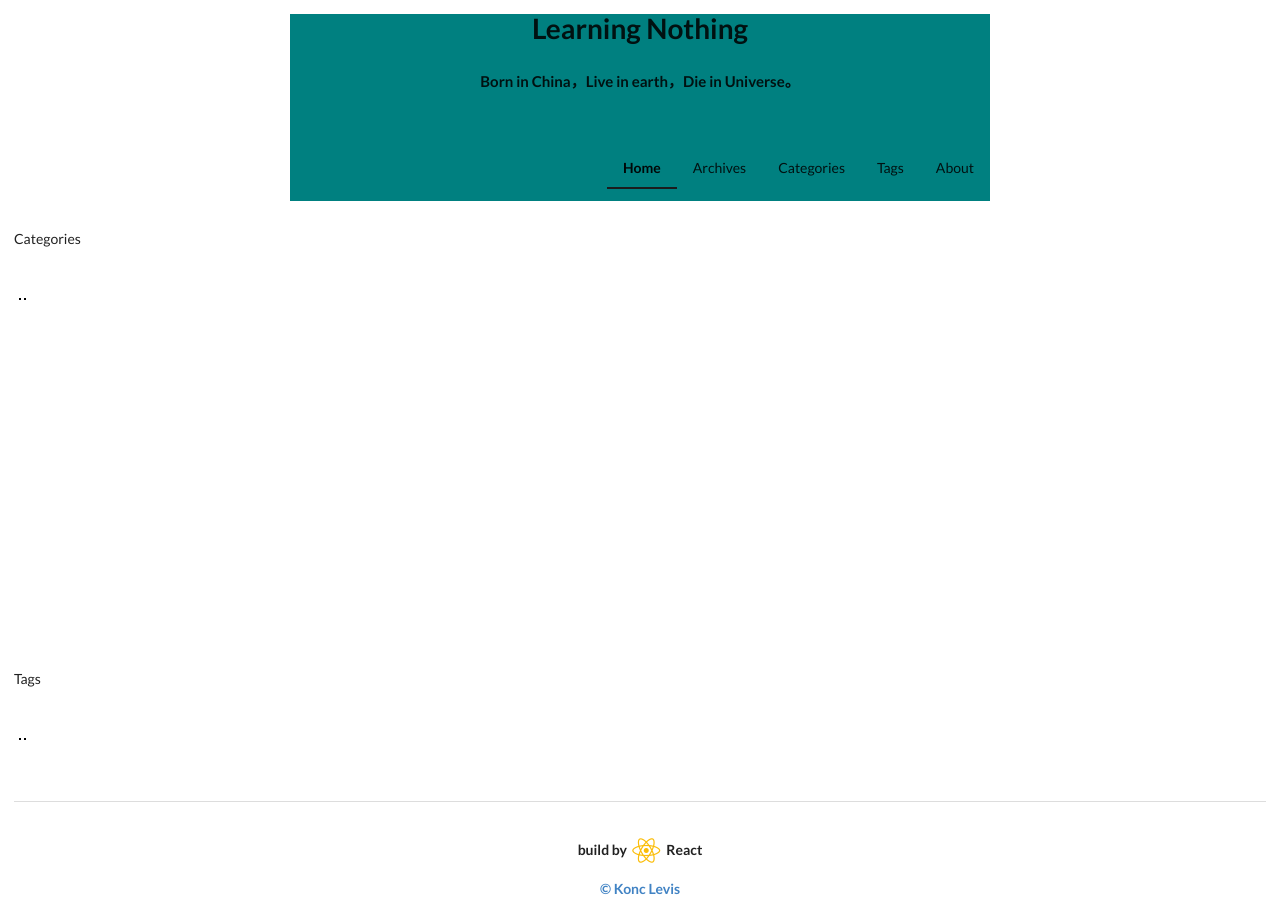
Repository: chu4j/my-spring-cloud-blog-frontend
Page: /
The author's editor kept a copy of each file at every save. The page is drawn from the files as they stood at one save, then again after the next save.
The browser window is 1280 px wide. The pictures show the whole page.
The page's requests for data from a server got no answer. The project was rebuilt for these pictures with package versions that can differ from the ones it lists, and the page was loaded fresh each time. No one was signed in, and anything a server would have sent is missing. Also part of the build but not shown: src/components/Categories.jsx, src/components/FocusContent.jsx, src/css/App.css, src/components/owner/LoginForm.jsx, src/components/Tags.jsx, src/components/Timeline.jsx, src/components/TimelineHome.jsx.

Above is the page before, as saved 2021-02-24 11:43:57.

### src/index.js
import React from 'react';
import ReactDOM from 'react-dom';
import { BrowserRouter } from 'react-router-dom';
import 'semantic-ui-css/semantic.min.css';
import './css/index.css';
import BlogRouter from './router/Router';
import  'github-markdown-css';
ReactDOM.render(<
    BrowserRouter forceRefresh={true} >
    <BlogRouter />
</BrowserRouter>,
    document.getElementById('root')
);

### src/css/index.css
body {
  margin: 1em;
  -webkit-font-smoothing: antialiased;
  -moz-osx-font-smoothing: grayscale;
}

code {
  font-family: source-code-pro, Menlo, Monaco, Consolas, "Courier New",
    monospace;
}

.post-container {
  padding: 2px;
  border-radius: 0.5em;
}

.post-title {
  color: #010101;
}

.post-title:hover {
  color: #010101;
  text-decoration: underline;
}

/*animate*/

.posts-appear {
  opacity: 0;
}

.posts-enter {
  opacity: 1;
  transform: scale(0.95);
}

.posts-enter-active {
  opacity: 1;
  transform: translateX(0);
  transition: opacity 300ms, transform 200ms;
}

.posts-exit {
  opacity: 1;
  transform: scale(0.9);
}

.posts-exit-active {
  opacity: 0;
  transform: translateX(0);
  transition: opacity 300ms, transform 200ms;
}

.post-container pre code {

}
.common-label {
  display: inline-block;
  margin: 5px;
  padding: 2px;
  color: #010101;
  border-bottom: 2px dotted #010101;
  border-radius: 0;
}
.common-label-container{
  min-height: 340px;
}

### src/router/Router.jsx
import { Route, Switch } from "react-router-dom";
import Categories from "../components/Categories";
import FocusPostComponent from "../components/FocusContent";
import Home from "../components/Home";
import LoginForm from "../components/owner/LoginForm";
import Tags from "../components/Tags";
import MyTimeline from "../components/Timeline";
import TimelineHome from "../components/TimelineHome";
export default function BlogRouter() {
  return (
    <Switch>
      <Route path="/" exact>
        <Home />
      </Route>
      <Route path="/owner/login" exact>
        <LoginForm />
      </Route>
      <Route path="/category/:name" exact>
        <Home />
      </Route>
      <Route path="/tag/:name" exact>
        <Home />
      </Route>
      <Route path="/posts/page/:pageNumber">
        <Home />
      </Route>
      <Route path="/category/:name/page/:pageNumber">
        <Home />
      </Route>
      <Route path="/tag/:name/page/:pageNumber">
        <Home />
      </Route>
      <Route path="/post/:postId" exact>
        <FocusPostComponent />
      </Route>
      <Route path="/categories" exact>
        <Categories />
      </Route>
      <Route path="/tags" exact>
        <Tags />
      </Route>
      <Route path="/posts/timeline" exact>
        <TimelineHome />
      </Route>
      <Route path="/posts/timeline/page/:pageNumber" exact>
        <TimelineHome />
      </Route>
    </Switch>
  );
}

### src/components/Home.jsx
import { React, useEffect, useState } from "react";
import { useParams, useRouteMatch } from "react-router-dom";
import "../css/App.css";
import { ServerHost } from "./AppConfig";
import BlogLayout from "./BlogLayout";
import CategoryComponent from "./CategoryComponent";
import ContentComponent from "./Content";
import TagComponent from "./TagComponent";
async function getArchive(path) {
  const axios = require("axios").default;
  if (null == path) {
    return axios.get(ServerHost + "/v1/api/archive").then((res) => res.data);
  } else {
    return axios.get(path).then((res) => res.data);
  }
}
function countPath(router, name, pageNumber) {
  let requestUrl = "";
  let pagePrefix = "";
  const path = router.path;
  switch (path) {
    case "/":
      requestUrl = ServerHost + "/v1/api/archive";
      pagePrefix = "/posts/page/";
      break;
    case "/category/:name":
      requestUrl = ServerHost + "/v1/api/category/" + name;
      pagePrefix = "/category/" + name + "/page/";
      break;
    case "/category/:name/page/:pageNumber":
      requestUrl =
        ServerHost + "/v1/api/category/" + name + "?page=" + pageNumber;
      pagePrefix = "/category/" + name + "/page/";
      break;
    case "/tag/:name":
      requestUrl = ServerHost + "/v1/api/tag/" + name;
      pagePrefix = "/tag/" + name + "/page/";
      break;
    case "/tag/:name/page/:pageNumber":
      requestUrl = ServerHost + "/v1/api/tag/" + name + "?page=" + pageNumber;
      pagePrefix = "/tag/" + name + "/page/";
      break;
    case "/posts/page/:pageNumber":
      requestUrl = ServerHost + "/v1/api/archive?page=" + pageNumber;
      pagePrefix = "/posts/page/";
      break;
    default:
      break;
  }
  return { requestUrl, pagePrefix };
}
export default function Home() {
  let { name, pageNumber } = useParams();
  const router = useRouteMatch();
  console.log("router:" + JSON.stringify(router) + " type:" + typeof router);
  const params = countPath(router, name, pageNumber);
  console.log("returnPath:" + params.requestUrl);
  let activePage = 1;
  if (null != pageNumber && undefined != pageNumber) activePage = pageNumber;
  const [response, setData] = useState({});
  useEffect(() => {
    getArchive(params.requestUrl).then((res) => {
      setData(res);
    });
  }, []);
  return (
    <BlogLayout
      CategoryComponent={<CategoryComponent />}
      TagComponent={<TagComponent />}
      ContentComponent={
        <ContentComponent
          response={response}
          activePage={activePage}
          pagePrefix={params.pagePrefix}
        />
      }
      style={{ margin: 0, padding: 0 }}
    />
  );
}

### src/components/BlogLayout.jsx
import { Grid } from "semantic-ui-react";
import "../css/index.css";
import Header from "./BlogHeader";
import DivRow from "./Common";
import Footer from "./Footer";
export default function BlogLayout(props) {
  return (
    <div className="customBackground">
      <Grid stackable>
        <Grid.Row columns={1}>
          <Header />
        </Grid.Row>
        <Grid.Row>
          {props.CategoryComponent && props.TagComponent && (
            <Grid.Column width={3}>
              {props.CategoryComponent}
              <DivRow />
              <DivRow />
              <DivRow />
              {props.TagComponent}
            </Grid.Column>
          )}
          {props.CategoryComponent &&
          props.TagComponent &&
          props.ContentComponent ? (
            <Grid.Column width={12}>{props.ContentComponent}</Grid.Column>
          ) : (
            <Grid.Column width={16}>{props.ContentComponent}</Grid.Column>
          )}
        </Grid.Row>
        <Grid.Row columns={1}>
          <Grid.Column>
            <Footer />
          </Grid.Column>
        </Grid.Row>
      </Grid>
    </div>
  );
}

### src/components/CategoryComponent.jsx
import React, { Component } from "react";
import { ServerHost } from "./AppConfig";
import DivRow from "./Common";
class CategoryComponent extends Component {
  state = {
    data: [{}],
  };
  componentDidMount() {
    const axois = require("axios").default;
    axois
      .get(ServerHost + "/v1/api/category/statistics/count")
      .then((res) => {
        const data = res.data;
        this.setState({ data: data });
      })
      .catch((error) => {
        console.log(error);
      });
    console.log("category card render");
  }
  render() {
    return (
      <>
        <span>Categories</span>
        <DivRow />
        <div className="common-label-container">
          {this.state.data.map((e, index) => (
            <a key={index} href={"/category/" + e.value} className="common-label">
              {e.value}
              &nbsp;
              {e.count}
            </a>
          ))}
        </div>
      </>
    );
  }
}
export default CategoryComponent;

### src/components/AppConfig.jsx
export const ServerHost = "http://localhost:9000";

### src/components/Content.jsx
import { React, useEffect, useState } from "react";
import { useHistory, withRouter } from "react-router-dom";
import { CSSTransition } from "react-transition-group";
import { Container, Grid, Header, Icon, Pagination } from "semantic-ui-react";
import DivRow from "./Common";

function ContentComponent(props) {
  const hljs = require("highlight.js");
  const [showComponent, setShowComponent] = useState(false);
  console.log("state : " + showComponent);
  useEffect(() => {
    let time = setTimeout(() => setShowComponent(true), 100);
    hljs.highlightAll();
    return () => {
      clearTimeout(time);
    };
  }, []);
  const history = useHistory();
  const handlePaginationClick = (e, { activePage }) => {
    const url = props.pagePrefix + activePage;
    history.push(url);
  };
  return (
    <>
      <CSSTransition
        in={showComponent}
        classNames="posts"
        timeout={200}
        unmountOnExit
      >
        <Container fluid>
          {props.response.list &&
            props.response.list.map((a, index) => (
              <div
                className="post-container"
                style={index > 0 ? { marginTop: "20px" } : {}}
              >
                <Header as="h1" textAlign="center">
                  <a href={"/post/" + a.serialNumber} className="post-title">
                    {a.title}
                  </a>
                </Header>
                {
                  <div
                    className="markdown-body"
                    dangerouslySetInnerHTML={{ __html: a.content }}
                  ></div>
                }

                <DivRow />
                {a.category && a.tag && (
                  <>
                    <Container fluid>
                      <Grid>
                        <Grid.Row>
                          <Grid.Column width={5}>
                            {a.category.map((c, index) => (
                              <>
                                {" "}
                                <div key={index}>
                                  <span>
                                    <Icon name="linkify" color="blue" />
                                    <a
                                      href={"/category/" + c.category}
                                      style={{ fontWeight: "900" }}
                                    >
                                      {c.category}
                                    </a>
                                  </span>
                                </div>
                              </>
                            ))}
                          </Grid.Column>

                          <Grid.Column width={11}>
                            {a.tag.map((t, index) => (
                              <>
                                {" "}
                                <span key={index}>
                                  <Icon name="hashtag" color="yellow" />
                                  <a
                                    href={"/tag/" + t.tag}
                                    style={{ fontWeight: "900" }}
                                  >
                                    {t.tag}
                                  </a>
                                </span>
                              </>
                            ))}
                          </Grid.Column>
                        </Grid.Row>
                      </Grid>
                    </Container>
                  </>
                )}
                <DivRow />
                <DivRow />
              </div>
            ))}
          {props.response.totalPage > 1 && props.activePage && (
            <Container fluid textAlign="center" style={{ marginTop: "2em" }}>
              <Pagination
                totalPages={props.response.totalPage}
                firstItem={null}
                lastItem={null}
                pointing
                secondary
                activePage={props.activePage}
                onPageChange={handlePaginationClick}
              />
            </Container>
          )}
          {props.focus && props.response.list && (
            <div style={{ marginTop: "1em" }}>
              <Grid stackable>
                <Grid.Row>
                  <Grid.Column width={8}>
                    {props.response.list.map((e, index) => (
                      <>
                        {e.previous && (
                          <a
                            key={index}
                            href={"/post/" + e.previous.serialNumber}
                            style={{ fontWeight: "900" }}
                          >
                            <Icon name="angle left" size="big"></Icon>
                            &nbsp;&nbsp;{e.previous.title}
                          </a>
                        )}
                      </>
                    ))}
                  </Grid.Column>
                  <Grid.Column width={8} textAlign="right">
                    {props.response.list.map((e, index) => (
                      <>
                        {e.next && (
                          <a
                            key={index}
                            href={"/post/" + e.next.serialNumber}
                            style={{ fontWeight: "900" }}
                          >
                            {e.next.title}&nbsp;&nbsp;
                            <Icon name="angle right" size="big"></Icon>
                          </a>
                        )}
                      </>
                    ))}
                  </Grid.Column>
                </Grid.Row>
              </Grid>
            </div>
          )}
        </Container>
      </CSSTransition>
    </>
  );
}
export default withRouter(ContentComponent);

### src/components/TagComponent.jsx
import React, { Component } from "react";
import { ServerHost } from "./AppConfig";
import DivRow from "./Common";
class TagComponent extends Component {
  state = {
    data: [{}],
  };
  componentDidMount() {
    const axois = require("axios").default;
    axois
      .get(ServerHost + "/v1/api/tag/statistics/count")
      .then((res) => {
        const data = res.data;
        this.setState({ data: data });
      })
      .catch((error) => {
        console.error(error);
      });
  }
  render() {
    return (
      <>
        <span>Tags</span>
        <DivRow />
        <div>
          {this.state.data.map((e, index) => (
            <a key={index} href={"/tag/" + e.value} className="common-label">
              {e.value}
              &nbsp;
              {e.count}
            </a>
          ))}
        </div>
      </>
    );
  }
}
export default TagComponent;

### src/components/Common.jsx
export default function DivRow() {
  return <div>&nbsp;</div>;
}

### src/components/BlogHeader.jsx
import React, { Component } from "react";
import { Container, Header, Menu, Visibility } from "semantic-ui-react";
const menuStyle = {
  border: "none",
  borderRadius: 0,
  boxShadow: "none",
  marginBottom: "1em",
  marginTop: "4em",
  transition: "box-shadow 0.5s ease, padding 0.5s ease",
};

const fixedMenuStyle = {
  backgroundColor: "#fff",
  border: "1px solid #ddd",
  boxShadow: "0px 3px 5px rgba(0, 0, 0, 0.2)",
};

const overlayStyle = {
  float: "left",
  margin: "0em 3em 1em 0em",
};

const fixedOverlayStyle = {
  ...overlayStyle,
  position: "fixed",
  top: "80px",
  zIndex: 10,
};

const overlayMenuStyle = {
  position: "relative",
  left: 0,
  transition: "left 0.5s ease",
};

const fixedOverlayMenuStyle = {
  ...overlayMenuStyle,
  left: "800px",
};

class BlogHeader extends Component {
  state = {
    activeItem: "home",
    menuFixed: false,
    overlayFixed: false,
  };
  stickOverlay = () => this.setState({ overlayFixed: true });

  stickTopMenu = () => this.setState({ menuFixed: true });

  unStickOverlay = () => this.setState({ overlayFixed: false });

  unStickTopMenu = () => this.setState({ menuFixed: false });

  handleItemClick = (e, { name }) => this.setState({ activeItem: name });
  render() {
    const { activeItem, menuFixed, overlayFixed, overlayRect } = this.state;
    return (
      <Container text style={{backgroundColor:'teal'}}>
        <Header as="h1" content="Learning Nothing" textAlign="center" />
        <Header
          as="h4"
          content="Born in China，Live in earth，Die in Universe。"
          textAlign="center"
        />
        <Visibility
          onBottomPassed={this.stickTopMenu}
          onBottomVisible={this.unStickTopMenu}
          once={false}
        />
        <Menu
          borderless
          fixed={menuFixed ? "top" : undefined}
          style={menuFixed ? fixedMenuStyle : menuStyle}
          pointing
          secondary
          className="blog-header"
        >
          <Menu.Item
            as="a"
            name="home"
            active={activeItem === "home"}
            onClick={this.handleItemClick}
            position="right"
            link
            href="/"
          ></Menu.Item>
          <Menu.Item
            as="a"
            name="archives"
            active={activeItem === "archives"}
            onClick={this.handleItemClick}
            link
            href="/posts/timeline"
          />
          <Menu.Item
            as="a"
            name="categories"
            active={activeItem === "categories"}
            onClick={this.handleItemClick}
            link
            href="/categories"
          />
          <Menu.Item
            name="tags"
            active={activeItem === "tags"}
            onClick={this.handleItemClick}
            as="a"
            href="/tags"
          />
          <Menu.Item
            name="about"
            active={activeItem === "about"}
            onClick={this.handleItemClick}
          />
        </Menu>
        <Visibility
          offset={80}
          once={false}
          onTopPassed={this.stickOverlay}
          onTopVisible={this.unStickOverlay}
          style={overlayFixed ? { ...overlayStyle, ...overlayRect } : {}}
        />
      </Container>
    );
  }
}

export default BlogHeader;

### src/components/Footer.jsx
import { Component, React } from "react";
import { Divider, Icon } from "semantic-ui-react";
import DivRow from "./Common";

class Footer extends Component {
  render() {
    return (
      <div style={{ marginTop: "2em", textAlign: "center" }}>
        <Divider />
        <DivRow />
        <p style={{ fontWeight: "900" }}>
          build by <Icon name="react" color="yellow" size="big" />
          <b>React</b>
        </p>

        <a href="https://www.github.com/konchoo">
          <b>&copy;&nbsp;Konc Levis</b>
        </a>
      </div>
    );
  }
}
export default Footer;

Loaded but not shown: public/index.html (common file)

After the next save:
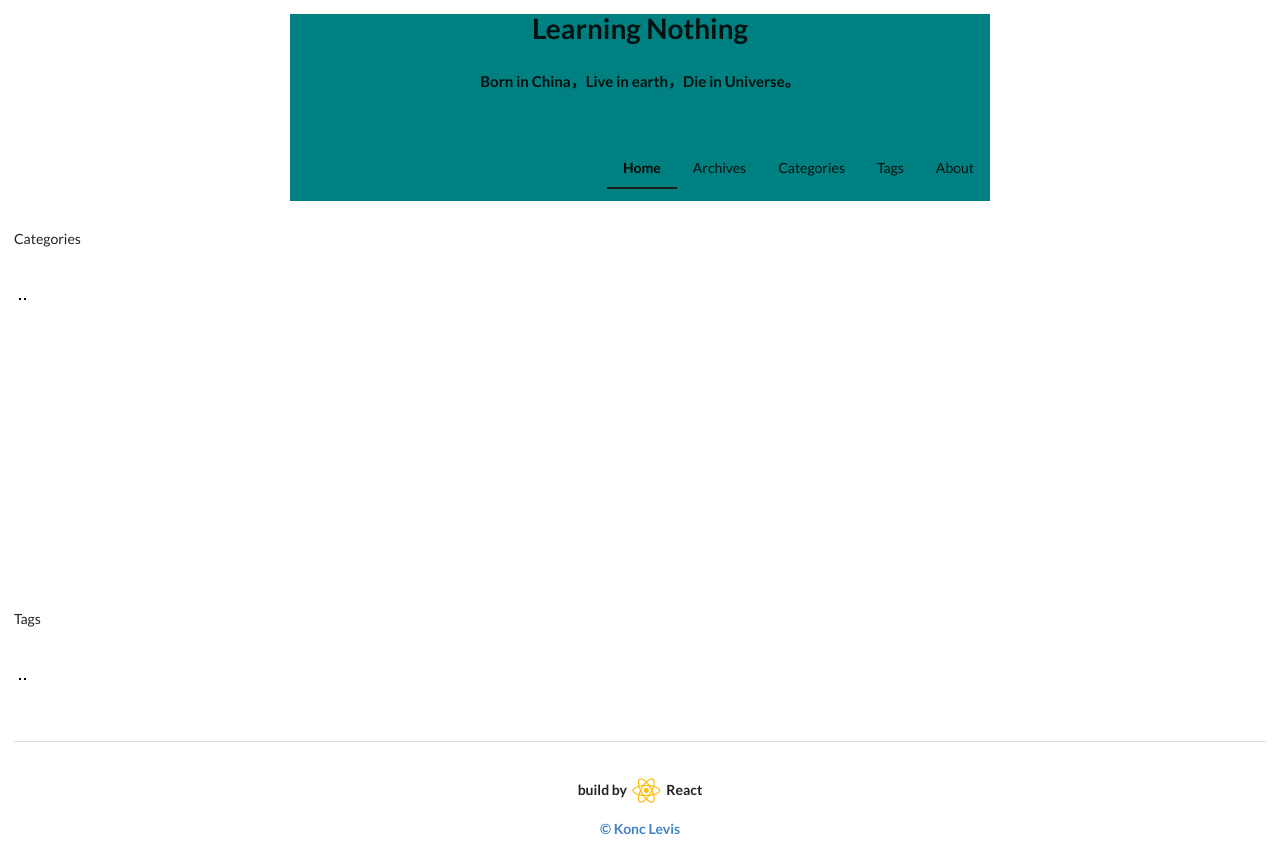
Saved 24 s later.
--- a/src/css/index.css
+++ b/src/css/index.css
@@ -63,5 +63,5 @@ code {
   border-radius: 0;
 }
 .common-label-container{
-  min-height: 340px;
+  min-height: 280px;
 }
